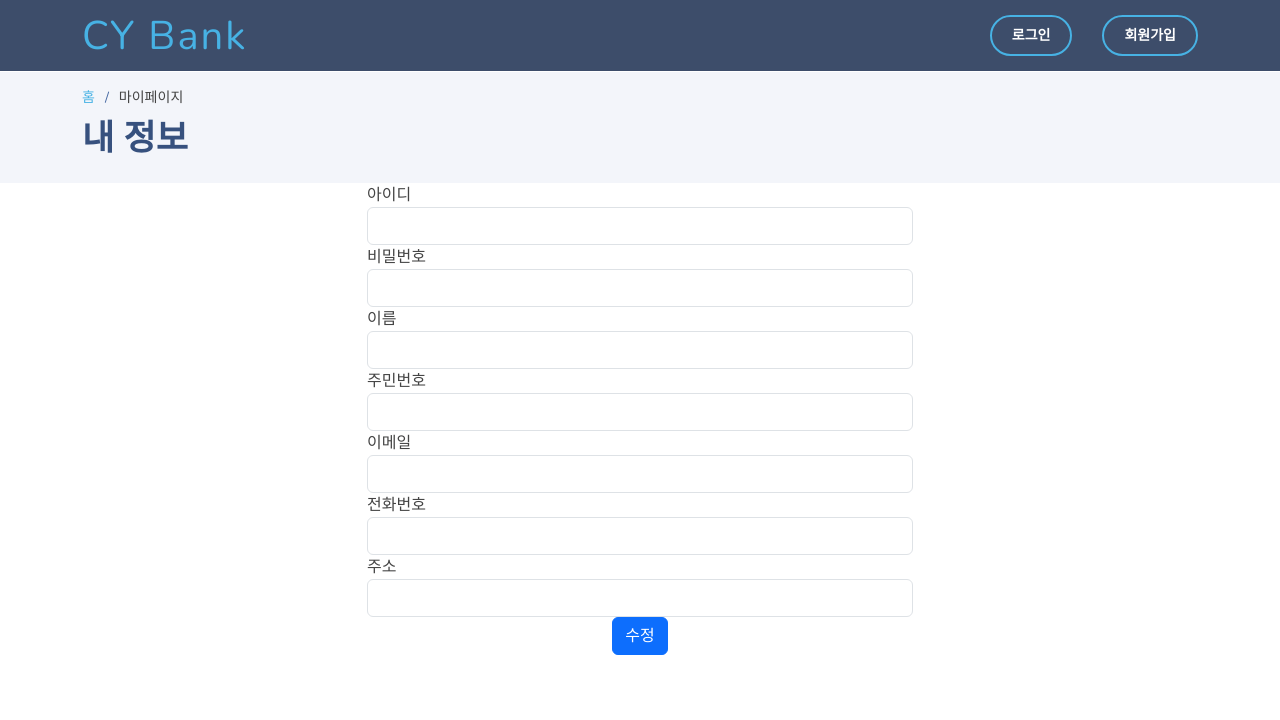
Repository: scy0814/Spring
Page: http://localhost/CYBank/jsp/myPage/MyPage.jsp
These files come from the project's save history. The page is drawn as it stood at one moment and after the next save; the edit follows.
The browser window is 1280 px wide. The pictures show the whole page.
The page is served by Tomcat 9.

Above is the page before, as saved 2023-06-27 01:53:00.

After the next save:
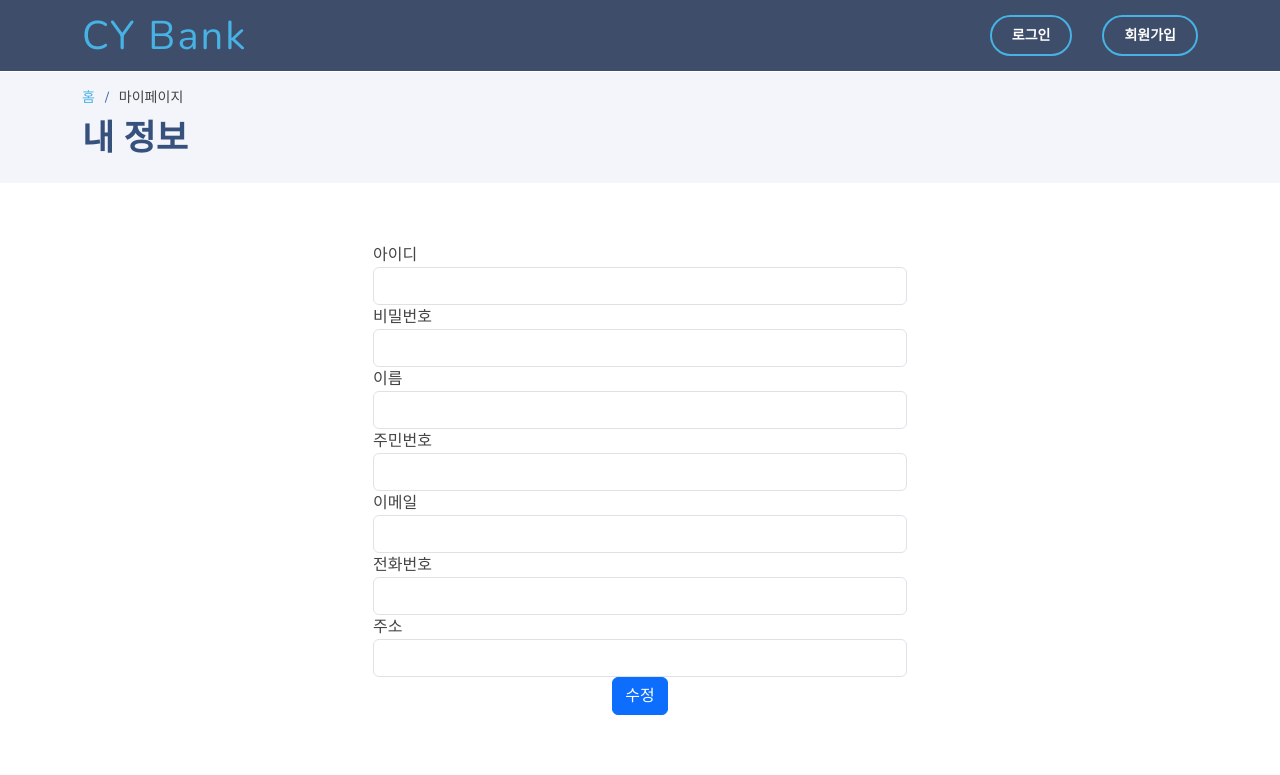
Saved 15 s later.
--- a/CYBank/src/main/webapp/jsp/myPage/MyPage.jsp
+++ b/CYBank/src/main/webapp/jsp/myPage/MyPage.jsp
@@ -19,6 +19,8 @@
       </div>
     </section><!-- End Breadcrumbs -->
 <body>
+<section class="inner-page">
+      <div class="container">
 <div class="body">
         <div class="container">
             <div class="row justify-content-center">
